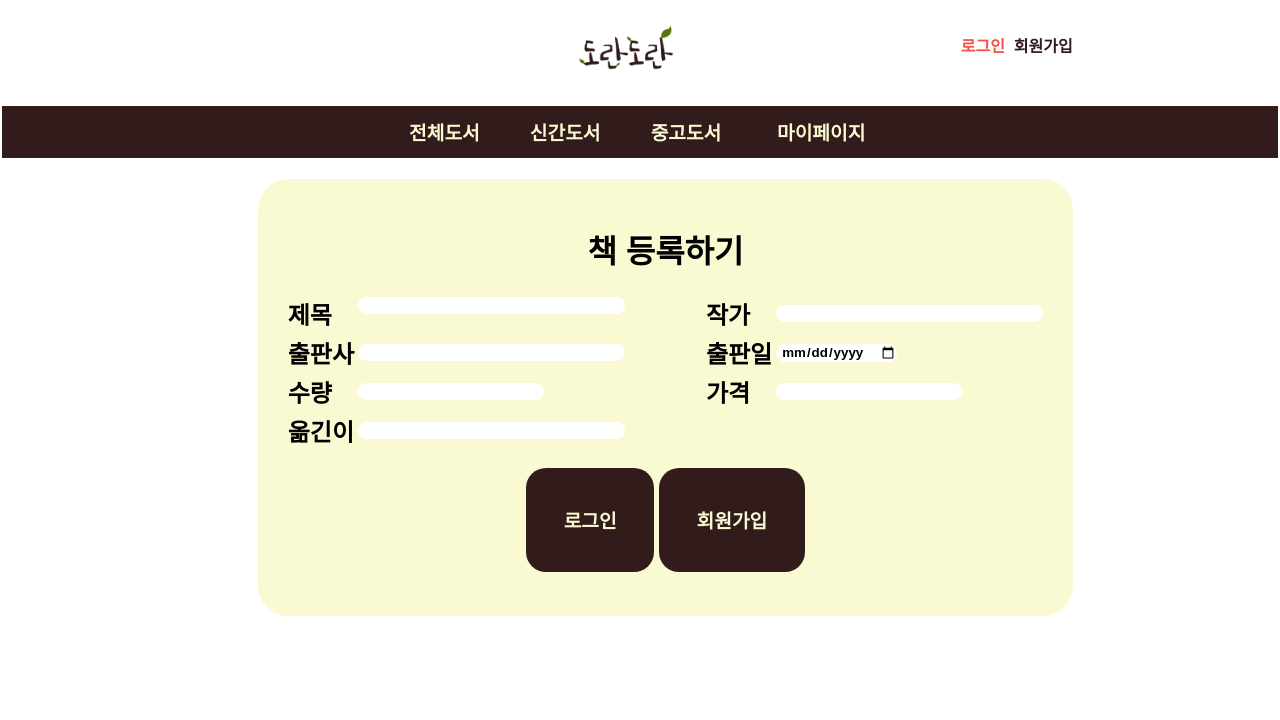
Repository: juhyun110701/DORANDORAN
Page: http://localhost/dorandoran/bookEnroll.jsp
The author's editor kept a copy of each file at every save. The page is drawn from the files as they stood at one save, then again after the next save.
The browser window is 1280 px wide. The pictures show the whole page.
Some web fonts or font styles are not loaded; a fallback is used. The page is served by Tomcat 9. Other server files are loaded and not shown.

Above is the page before, as saved 2019-07-30 13:57:57.

### dorandoran/WebContent/bookEnroll.jsp
<%@ page language="java" contentType="text/html; charset=utf-8"
    pageEncoding="utf-8"%>
<!DOCTYPE html PUBLIC "-//W3C//DTD HTML 4.01 Transitional//EN" "http://www.w3.org/TR/html4/loose.dtd">
<html>
<head>
<meta http-equiv="Content-Type" content="text/html; charset=utf-8">
<title>책 등록</title>
<link rel="stylesheet" href="css/bookEnroll.css">
<link href="https://fonts.googleapis.com/css?family=Sunflower:300&display=swap" rel="stylesheet">
</head>
<body>
<jsp:include page="top.jsp" flush="false"/><p>
<form name="form" action="loginProc.jsp" method="post">
    <table id="whole">
        <tr>
           <td colspan=3>
               <div id="box" align="center">
                   <h1>책 등록하기</h1>
                   <p/>
                   <table>
                      <tr>
                          <td>
                               <font size="5%">제목</font>
                          </td>
                          <td>
                              <input type="text" name="title" class="text" size=30><p>
                          </td>
                      		<td width="10%"></td>
                            <td>
                                <font size="5%">작가</font>
                            </td>
                            <td>
                                <input type="text" name="writer" class="text" size=30>
                            </td>
                       </tr>
                       <tr>
                            <td>
                                <font size="5%">출판사</font>
                            </td>
                            <td>
                                <input type="text" name="publisher" class="text" size=30>
                            </td>
                            <td width="10%"></td>
                            <td>
                                <font size="5%">출판일</font>
                            </td>
                            <td>
                                <input type="date" name="publish_date" class="text" size=30>
                            </td>
                       <tr>
                            <td>
                                <font size="5%">수량</font>
                            </td>
                            <td>
                                <input type="number" name="stock" class="text" size=30>
                            </td>
                       		<td width="10%"></td>
                            <td>
                                <font size="5%">가격</font>
                            </td>
                            <td>
                                <input type="number" name="price" class="text" size=30>
                            </td>
                       </tr>
                       <tr>
                            <td>
                                <font size="5%">옮긴이</font>
                            </td>
                            <td  colspan=4>
                                <input type="text" name="translator" class="text" size=30>
                            </td>
                       </tr>
                       <tr>
                           <td colspan=5 align="center">
                           	<p>
                           	<input type="button" id="login" class="btn" value="로그인" onclick="check()">
                           	<input type="button" id="signup" class="btn" value="회원가입" onclick="location.href='signup.jsp'">
                           	<p>
                           </td>
                       </tr>
                   </table>

               </div>
           </td>
        </tr>
    </table>
</form>
</body>
</html>

### dorandoran/WebContent/top.jsp
<%@ page language="java" contentType="text/html; charset=UTF-8"
    pageEncoding="UTF-8"%>
<!DOCTYPE html>
<html>
<head>
<meta charset="utf-8">
<title>도란도란</title>
<!--
<link rel="shortcut icon" href="img/logo.png">
<link rel="apple-touch-icon" href="img/logo_apple.png">
-->
<link rel="stylesheet" href="css/index.css">
<link href="https://fonts.googleapis.com/css?family=Sunflower:300&display=swap" rel="stylesheet">
<script>
	function check(){
		alert("로그인 후 이용하실 수 있습니다");
		return ;
	}
</script>
</head>
<body>
    <table id="whole">
        <tr>
            <td width="45%"></td>
            <td width="10%"><a href="index.jsp"><img src="img/logo.png" width="80%"></a></td>
            <td width="45%" style="padding-left:20%;">
            <div id="login"></div>
                		<a href="login.jsp" class="top_menu" style="color:#f54e42;" target="_top">로그인</a>&nbsp;
                		<a href="signup.jsp" class="top_menu" target="_top">회원가입</a><p>
            </td>
        </tr>
        <tr class="menu">
            <td colspan=3>
                <table width="100%" height="50px">
                    <tr>
                       <td width="30%"></td>
                        <td class="menu_in"><a href="index.jsp">전체도서</a></td>
                        <td class="menu_in"><a href="recentBook.jsp">신간도서</a></td>
                        <td class="menu_in"><a href="oldBook.jsp">중고도서</a></td>
                        <td class="menu_in"><a onclick="check()">마이페이지</a></td>
                        <td width="30%"></td>
                    </tr>
                </table></td>
        </tr>
    </table>
</body>
</html>

### dorandoran/WebContent/css/bookEnroll.css
body{
    margin:0;
}

*{
    font-family: 'Sunflower', sans-serif;
    font-weight:bold;
}

#whole{
    width:100%;
    height:100%;
}

a{
    text-decoration: none;
}

#box{
    background-color:lightgoldenrodyellow;
    border-radius:30px;
    width:60%;
    margin-left: 20%;
    padding:2%;
}

.text{
	border-radius:10px;
	border:0;
	outline:0;
	padding-left:5px;
}

.btn{
	background-color:#311b1b;
	color:lightgoldenrodyellow;
	border-radius:20px;
	border:0;
	outline:0;
	padding:5%;
	font-size:120%;
}

### dorandoran/WebContent/css/index.css
body{
    margin:0;
}

*{
    font-family: 'Sunflower', sans-serif;
    font-weight:bold;
}

#whole{
    width:100%;
    height:100%;
}

a{
    text-decoration: none;
}

.top_menu{
    color:#311b1b;
}

.top_menu:hover{
    color:#ed6853;
}

.menu{
    background-color:#311b1b;
    text-align:center;
    font-size:120%;
}

.menu_in a{
    color:lightgoldenrodyellow;
    width:10%;
}

.menu_in a:hover{
    color:#ed6853;
}

After the next save:
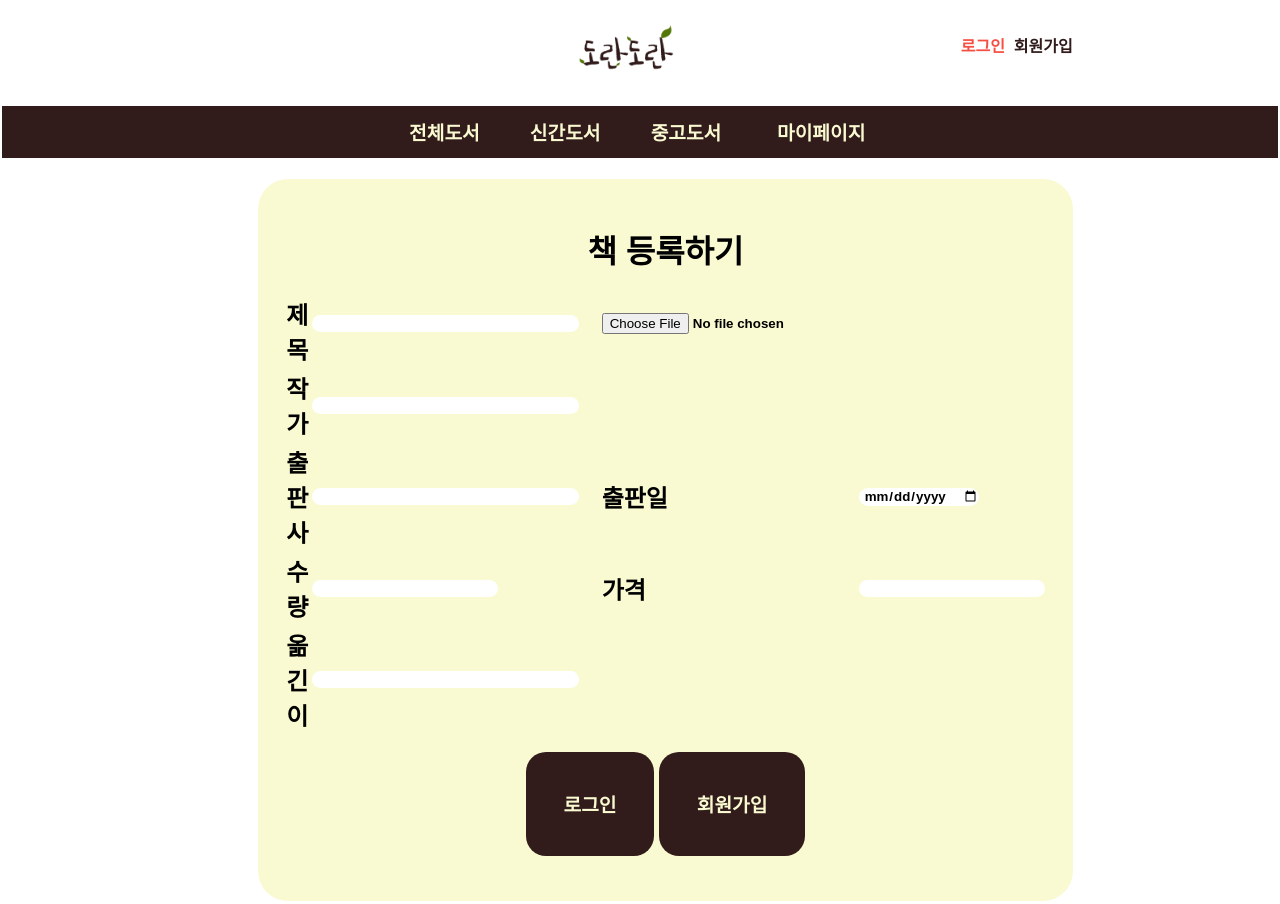
Saved 29 s later.
--- a/dorandoran/WebContent/bookEnroll.jsp
+++ b/dorandoran/WebContent/bookEnroll.jsp
@@ -26,6 +26,11 @@
                               <input type="text" name="title" class="text" size=30><p>
                           </td>
                       		<td width="10%"></td>
+                      		<td>
+                              <input type="file" name="file"><p>
+                          </td>
+                      </tr>
+                      <tr>
                             <td>
                                 <font size="5%">작가</font>
                             </td>
